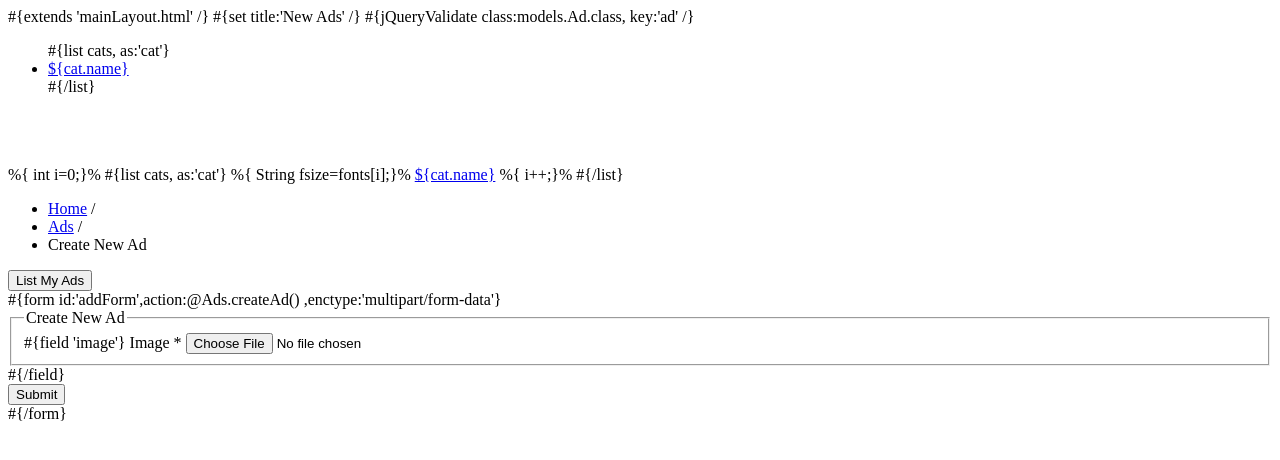
Repository: Maalejm/SEBA
Page: SlifeWebSite/app/views/Ads/newAd.html
The author's editor kept a copy of each file at every save. The page is drawn from the files as they stood at one save, then again after the next save.
The browser window is 1280 px wide. The pictures show the whole page.

Above is the page before, as saved 2013-06-18 09:37:36.

### SlifeWebSite/app/views/Ads/newAd.html
#{extends 'mainLayout.html' /}
#{set title:'New Ads' /}


#{jQueryValidate class:models.Ad.class, key:'ad' /}

 <div class="container-fluid">
            <div class="row-fluid">
                <div class="span2">

                    <ul class="nav nav-list">
                        #{list cats, as:'cat'}
                         <li
                         %{ if(cat.id==1) { }%
                          class="active"
                         %{ } }%
                         ><a class="catNav" href="${cat.id}">${cat.name}</a></li>
                        #{/list}

                    </ul>

                    <div>
                    <br/>
                    <br/>
                    <br/>

                    %{ int i=0;}%
                    #{list cats, as:'cat'}
                       %{ String fsize=fonts[i];}%
                       <span style="font-size:${fsize}px;"><a class="catNav" href="${cat.id}">${cat.name}</a></span>
                      %{ i++;}%
                    #{/list}
                    </div>
                    <!--Sidebar content-->
                </div>
                <div class="span10">
                    <ul class="breadcrumb">
                        <li><a href="#">Home</a> <span class="divider">/</span></li>
                        <li><a href="#">Ads</a> <span class="divider">/</span></li>
                        <li class="active">Create New Ad</li>
                    </ul>

                    <div class="btn-group">
                        <button class="btn">List My Ads</button>
                    </div>




                    #{form id:'addForm',action:@Ads.createAd() ,enctype:'multipart/form-data'}
                        <fieldset>
                            <legend>Create New Ad</legend>
                            <!-- #{ifErrors}
								<div class="error">
   									 <h2>Oops, please correct these errors</h2>
								</div>
							#{/ifErrors}
 -->
                             <!-- #{field 'ad.category.id'}
        						<div class="field">
            					<label for="${field.id}">Category * : </label>
            					<select id="${field.id}"  name="${field.name}" class="span5 ${field.errorClass}" >

                                #{list cats, as:'cat'}
                                <option value="${cat.id}">${cat.name}</option>
                    		    #{/list}
                          	  </select>

						 	 </div>
      					   #{/field}
							#{field 'ad.headline'}
                            <label for="${field.id}" >Head line *</label>
                             <input id="${field.id}" value="${field.value}"  name="${field.name}" class="span5 ${field.errorClass}" type="text" class="span5" placeholder="Descripe your ad">

                            #{/field}
                            #{field 'ad.address'}
                            <label for="${field.id}" >Address *</label>
                             <input id="${field.id}" value="${field.value}"  name="${field.name}" class="span5 ${field.errorClass}" type="text" class="span5" placeholder="Type an address here">

                            #{/field}

                            #{field 'ad.link'}
                            <label for="${field.id}" >URL *</label>
                             <div class=" input-prepend">
                                    <span class="add-on">http://</span>
                             <input id="${field.id}" value="${field.value}"  name="${field.name}" class="input_text ${field.errorClass}" type="text" class="span5" placeholder="Type an address here">
                             </div>

                            #{/field}
                            -->

                            #{field 'image'}
                            <label for="${field.id}" >Image *</label>

                             <!--  <div class="fileupload fileupload-new" data-provides="fileupload">
  								<div class="input-append">
   								 <div class="uneditable-input span3"><i class="icon-file fileupload-exists">
   								 </i> <span class="fileupload-preview"></span></div><span class="btn btn-file">
   								 <span class="fileupload-new">Select file</span>
   								 <span class="fileupload-exists">Change</span>
   								 <input type="file" id="${field.id}" value="${field.value}"  name="${field.name}" class="${field.errorClass}" /></span><a href="#" class="btn fileupload-exists" data-dismiss="fileupload">Remove</a>


  								</div> -->
  								<input type="file" id="photo" name="photo" />
							</div>


                            #{/field}


                            <!--  #{field 'ad.description'}
                            <label for="${field.id}" >Details *</label>
                                <textarea rows="6"  id="${field.id}"   name="${field.name}" class="input_textarea ${field.errorClass}">${field.value}</textarea>

                            #{/field} -->

                                  <br/>



                                  <div class="form-actions">
                                      <input type="submit" class="btn btn-primary"/>

                                  </div>
                        </fieldset>
                    #{/form}



                    <!--Body content-->
                </div>
            </div>
        </div>

After the next save:
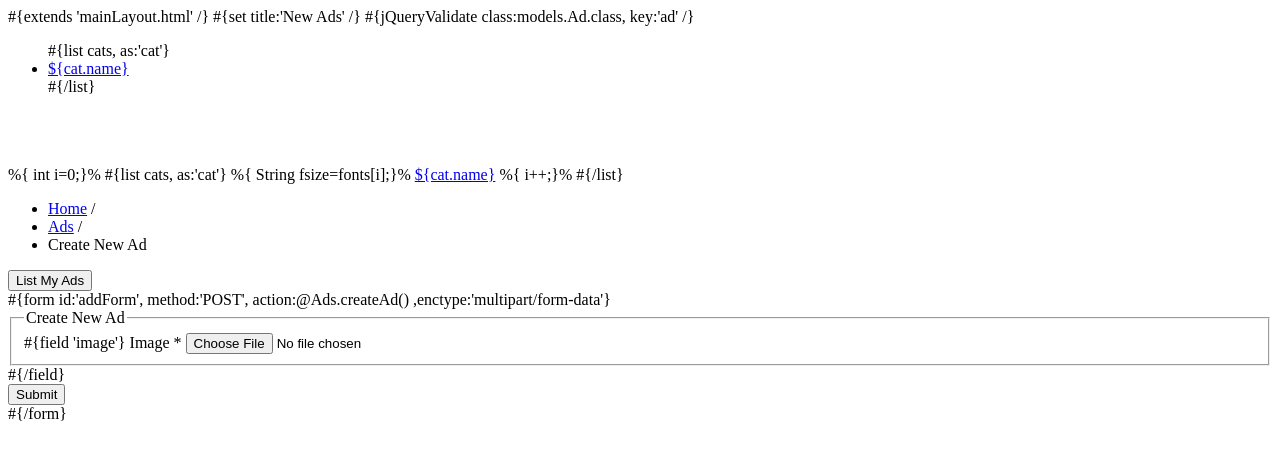
Saved 3 min 39 s later.
--- a/SlifeWebSite/app/views/Ads/newAd.html
+++ b/SlifeWebSite/app/views/Ads/newAd.html
@@ -47,7 +47,7 @@
 
 
 
-                    #{form id:'addForm',action:@Ads.createAd() ,enctype:'multipart/form-data'}
+                    #{form id:'addForm', method:'POST', action:@Ads.createAd() ,enctype:'multipart/form-data'}
                         <fieldset>
                             <legend>Create New Ad</legend>
                             <!-- #{ifErrors}
